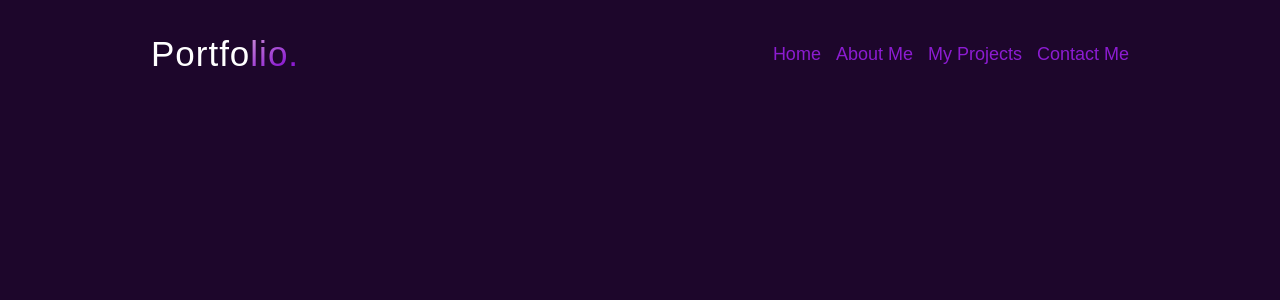
Repository: ChristianGecchelin/portfolio-web
Page: /
An editor plug-in stored every save of this project. The page is shown before and after the next save, followed by the edit.
The browser window is 1280 px wide. The pictures show the whole page.
The pointer rests on the first visible `a`.
The project was rebuilt for these pictures with package versions that can differ from the ones it lists, and the page was loaded fresh each time. Also part of the build but not shown: src/App/App.css.

Above is the page before, as saved 2022-01-20 18:40:19.

### public/index.html
<!DOCTYPE html>
<html lang="en">
  <head>
    <meta charset="utf-8" />
    <link rel="icon" href="%PUBLIC_URL%/favicon.ico" />
    <meta name="viewport" content="width=device-width, initial-scale=1" />
    <meta name="theme-color" content="#000000" />
    <meta name="description" content="Portfolio Online Christian Gecchelin" />
    <link rel="apple-touch-icon" href="%PUBLIC_URL%/logo192.png" />

    <link rel="manifest" href="%PUBLIC_URL%/manifest.json" />

    <title>Portfolio Christian</title>
  </head>
  <body>
    <noscript>You need to enable JavaScript to run this app.</noscript>
    <div id="root"></div>
  </body>
</html>

### src/index.js
import React from "react";
import ReactDOM from "react-dom";

import App from "./App/index";
import "./index.css";
ReactDOM.render(<App />, document.getElementById("root"));

### src/App/index.js
import { AppUI } from "./AppUI";
import "./App.css";

function App() {
  return <AppUI></AppUI>;
}

export default App;

### src/index.css
* {
  box-sizing: border-box;
  margin: 0;
  padding: 0;
}
html {
  font-size: 62.5%;
  font-family: "DM Sans", sans-serif;
}
body {
  background: #1d062b;
  width: 100%;
  height: 100vh;
  background: linear-gradient(-45deg);
}

### src/App/AppUI.js
import React from "react";
import { Header } from "../Header/Index.js";
import "./App.css";

function AppUI() {
  return (
    <>
      <Header />
    </>
  );
}
export { AppUI };

### src/Header/Index.js
import React from "react";
import { NavBar } from "./NavBar";
import "./header.css";

function Header() {
  return (
    <header>
      <h1>
        Portfo<span>lio.</span>
      </h1>
      <NavBar />
    </header>
  );
}
export { Header };

### src/Header/NavBar/index.js
import React from "react";
import { MobileNavigation } from "./MobileNavigation";
import { Navigation } from "./Navigation";
import "./NavBar.css";
function NavBar() {
  return (
    <div className="NavBar">
      <MobileNavigation />
      <Navigation />
    </div>
  );
}
export { NavBar };

### src/Header/header.css
header {
  display: flex;
  position: fixed;
  flex-direction: row;
  justify-content: space-around;
  align-items: center;
  gap: 5%;
  width: 100%;
  height: 15vh;
}
header h1 {
  margin: 0;
  width: 20%;
  min-width: 200px;
  font-size: 3.5rem;
  letter-spacing: 1px;
  font-weight: 500;
  color: #fff;
}
header h1 span {
  background: linear-gradient(147deg, #ce93d8 0%, #8c1cd1 74%);
  -webkit-background-clip: text;
  color: transparent;
  font-weight: 500;
}
@media (max-width: 750px) {
  header {
    justify-content: center;
    gap: 0;
  }
}

### src/Header/NavBar/MobileNavigation.js
import React, { useState } from "react";
import "./NavBar.css";
import { NavLinks } from "./NavLinks";
import { TiThMenu } from "react-icons/ti";
function MobileNavigation() {
  const [open, setOpen] = useState(false);
  const closeMobileMenu = () => setOpen(false);
  return (
    <nav className="MobileNavigation">
      <TiThMenu className="hamburguer" onClick={() => setOpen(!open)} />
      {open && <NavLinks isMobile={true} closeMobileMenu={closeMobileMenu} />}
    </nav>
  );
}
export { MobileNavigation };

### src/Header/NavBar/Navigation.js
import React from "react";
import "./NavBar.css";
import { NavLinks } from "./NavLinks";
function Navigation() {
  return (
    <nav className="Navigation">
      <NavLinks />
    </nav>
  );
}
export { Navigation };

### src/Header/NavBar/NavBar.css
.NavBar .MobileNavigation {
  display: none;
}
.NavBar .Navigation {
  display: flex;
  align-items: center;
}
.NavBar nav ul {
  display: flex;
  flex-direction: row;
  justify-content: flex-end;
  gap: 15px;
  text-align: center;
  list-style: none;
}
.NavBar nav ul li a {
  font-size: 1.8rem;
  font-weight: 500;
  line-height: 2rem;
  text-decoration: none;
  color: #8c1cd1;
}
a:visited {
  color: #8c1cd1;
}
a:hover {
  color: #fff;
}
@media (max-width: 750px) {
  .NavBar .Navigation {
    display: none;
  }
  .NavBar .MobileNavigation {
    display: flex;
    align-items: center;
  }
  .NavBar .MobileNavigation .hamburguer {
    position: absolute;
    color: #fff;
    height: 2rem;
    width: 2rem;
    cursor: pointer;
    z-index: 1;
  }
  .NavBar nav ul {
    display: flex;
    flex-direction: column;
    justify-content: center;
    gap: 10px;
    position: absolute;
    margin: 0;
    top: 0;
    right: 0;
    width: 100%;
    height: 100vh;
    background: rgba(0, 0, 0, 0.4);
    text-align: center;
  }
  .NavBar nav ul li a {
    font-size: 2.4rem;
    font-weight: 500;
    line-height: 2.5rem;
    text-decoration: none;
    letter-spacing: 1px;
  }
  a:visited {
    color: #8c1cd1;
  }
}

### src/Header/NavBar/NavLinks.js
import React from "react";
import "./NavBar.css";
import { motion } from "framer-motion";
function NavLinks(props) {
  const animateFrom = { opacity: 0, y: -40 };
  const animateTo = { opacity: 1, y: 0 };
  return (
    <ul>
      <motion.li
        initial={animateFrom}
        animate={animateTo}
        transition={{ delay: 0.05 }}
        onClick={() => props.isMobile && props.closeMobileMenu()}
      >
        <a href="#home">Home</a>
      </motion.li>
      <motion.li
        initial={animateFrom}
        animate={animateTo}
        transition={{ delay: 0.1 }}
        onClick={() => props.isMobile && props.closeMobileMenu()}
      >
        <a href="#aboutMe">About Me</a>
      </motion.li>
      <motion.li
        initial={animateFrom}
        animate={animateTo}
        transition={{ delay: 0.2 }}
        onClick={() => props.isMobile && props.closeMobileMenu()}
      >
        <a href="#myProjects">My Projects</a>
      </motion.li>
      <motion.li
        initial={animateFrom}
        animate={animateTo}
        transition={{ delay: 0.3 }}
        onClick={() => props.isMobile && props.closeMobileMenu()}
      >
        <a href="#contactMe">Contact Me</a>
      </motion.li>
    </ul>
  );
}
export { NavLinks };

Loaded but not shown: public/manifest.json (common file)

After the next save:
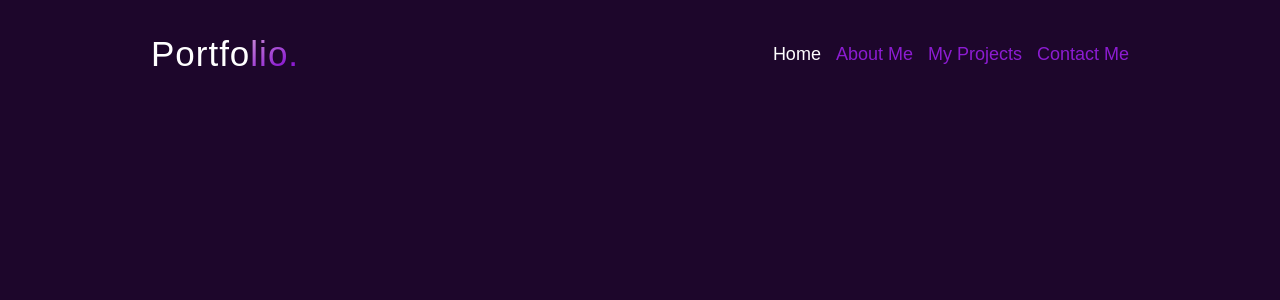
Saved 55 s later.
--- a/src/Header/NavBar/NavBar.css
+++ b/src/Header/NavBar/NavBar.css
@@ -24,7 +24,7 @@
   color: #8c1cd1;
 }
 a:hover {
-  color: #fff;
+  color: #fff !important;
 }
 @media (max-width: 750px) {
   .NavBar .Navigation {

After the save that followed:
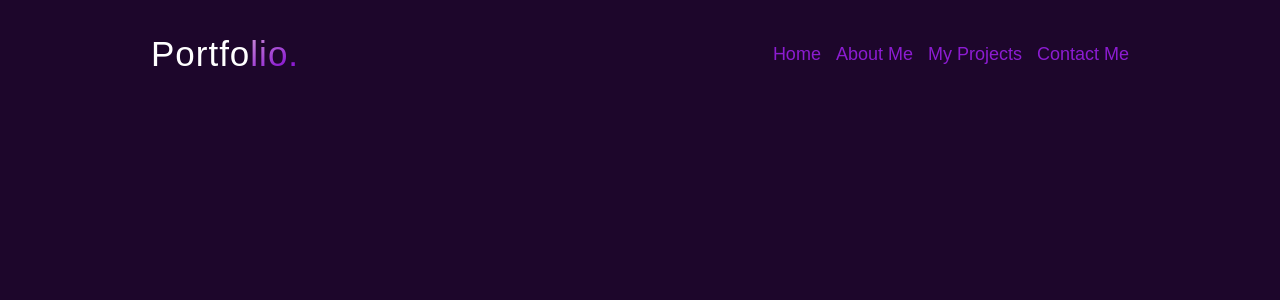
Saved 12 s later.
--- a/src/Header/NavBar/NavBar.css
+++ b/src/Header/NavBar/NavBar.css
@@ -24,7 +24,7 @@
   color: #8c1cd1;
 }
 a:hover {
-  color: #fff !important;
+  color: #fff;
 }
 @media (max-width: 750px) {
   .NavBar .Navigation {
